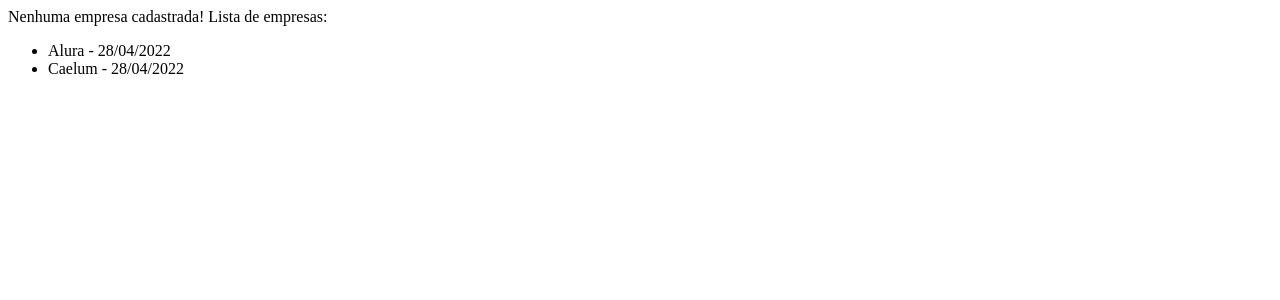
Repository: carolruo/alura-formacao-backend
Page: http://localhost/gerenciador/listaEmpresas
These files come from the project's save history. The page is drawn as it stood at one moment and after the next save; the edit follows.
The browser window is 1280 px wide. The pictures show the whole page.
The page is served by Tomcat 9.

Above is the page before, as saved 2022-05-03 12:36:07.

After the next save:
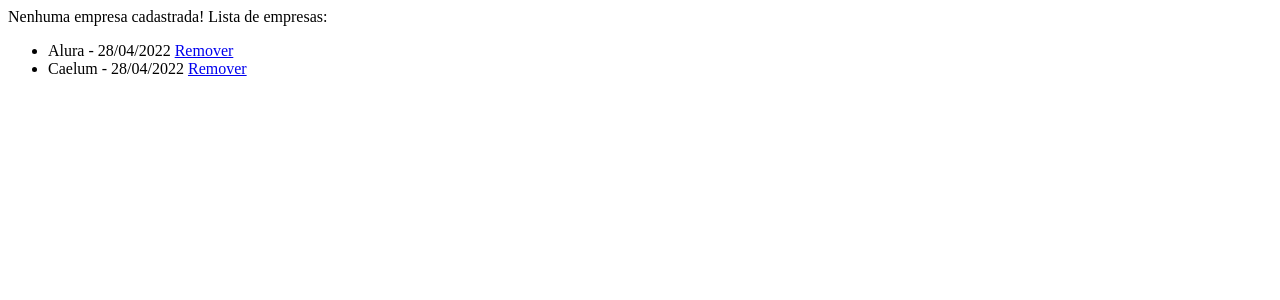
Saved 27 h 48 min later.
--- a/java-servlets/gerenciador/WebContent/listaEmpresas.jsp
+++ b/java-servlets/gerenciador/WebContent/listaEmpresas.jsp
@@ -21,7 +21,9 @@
     Lista de empresas: <br />
     <ul>
     	<c:forEach items="${empresas}" var="empresa">
-    		<li>${empresa.nome} - <fmt:formatDate value="${empresa.dataAbertura}" pattern="dd/MM/yyyy"/></li>
+    		<li>${empresa.nome} - <fmt:formatDate value="${empresa.dataAbertura}" pattern="dd/MM/yyyy"/>
+    		<a href="gerenciador/removerEmpresa">Remover</a>
+    		</li>
     	</c:forEach>
     </ul>
 </body>
